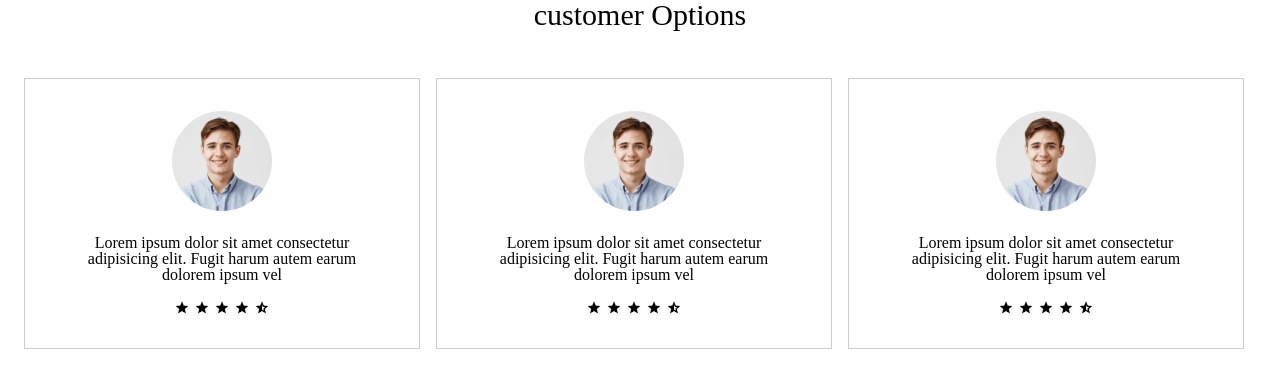
Repository: dinhhaidh/slider-3
Page: index.html
These files come from the project's save history. The page is drawn as it stood at one moment and after the next save; the edit follows.
The browser window is 1280 px wide. The pictures show the whole page.

Above is the page before, as saved 2024-03-22 20:40:03.

### index.html
<!DOCTYPE html>
<html lang="en">
<head>
    <meta charset="UTF-8">
    <meta name="viewport" content="width=device-width, initial-scale=1.0">
    <title>Document</title>
    <link rel="stylesheet" href="https://cdnjs.cloudflare.com/ajax/libs/remixicon/4.2.0/remixicon.min.css">

    <link rel="stylesheet" href="./css/swiper-bundle.min.css">

    <link rel="stylesheet" href="./css/style.css">

</head>
<body>
    <div class="customer">
        <h3 class="customer__title">customer Options</h3>
        <div class="customer__container container">
            <div class="customer__swiper swiper">
                <div class="swiper-wrapper">
                    <article class="customer__article swiper-slide">
                        <img src="./img1.png" alt="image" class="customer__img">

                        <p>
                            Lorem ipsum dolor sit amet consectetur adipisicing elit. Fugit harum autem earum dolorem ipsum vel
                        </p>

                        <div class="customer__star">
                            <i class="ri-star-s-fill"></i>
                            <i class="ri-star-s-fill"></i>
                            <i class="ri-star-s-fill"></i>
                            <i class="ri-star-s-fill"></i>
                            <i class="ri-star-half-s-line"></i>
                        </div>
                    </article>
                    <article class="customer__article swiper-slide">
                        <img src="./img1.png" alt="image" class="customer__img">

                        <p>
                            Lorem ipsum dolor sit amet consectetur adipisicing elit. Fugit harum autem earum dolorem ipsum vel
                        </p>

                        <div class="customer__star">
                            <i class="ri-star-s-fill"></i>
                            <i class="ri-star-s-fill"></i>
                            <i class="ri-star-s-fill"></i>
                            <i class="ri-star-s-fill"></i>
                            <i class="ri-star-half-s-line"></i>
                        </div>
                    </article>
                    <article class="customer__article swiper-slide">
                        <img src="./img1.png" alt="image" class="customer__img">

                        <p>
                            Lorem ipsum dolor sit amet consectetur adipisicing elit. Fugit harum autem earum dolorem ipsum vel
                        </p>

                        <div class="customer__star">
                            <i class="ri-star-s-fill"></i>
                            <i class="ri-star-s-fill"></i>
                            <i class="ri-star-s-fill"></i>
                            <i class="ri-star-s-fill"></i>
                            <i class="ri-star-half-s-line"></i>
                        </div>
                    </article>
                </div>
            </div>
        </div>
    </div>


    <script src="./js/swiper-bundle.min.js"></script>

    <script src="./js/app.js"></script>
</body>
</html>

### css/style.css
*,
*:before,
*:after {
  box-sizing: border-box;
}
* {
  margin: 0;
  padding: 0;
  font: inherit;
}
img,
picture,
svg,
video {
  display: block;
  max-width: 100%;
}
input,
select,
textarea {
  background-color: transparent;
  outline: none;
}
button {
  cursor: pointer;
  background-color: transparent;
  outline: none;
  border: 0;
}
body {
  min-height: 100vh;
  font-weight: 400;
  font-size: 16px;
  line-height: 1;
}


.container{
    max-width: 1220px;
    Margin-inline: 1.5rem;
}


.customer__title{
    text-align: center;
    margin-bottom: 3rem;
    font-size: 30px;
}

.customer__article{
    display:flex;
    align-items: center;
    justify-content: center;
    flex-direction: column;
    padding: 2rem 3rem 2rem;
    background-color: #fff;
    border: 1px solid #ccc;
}
.customer__img{
    width: 100px;
    border-radius: 50%;
    margin: 0 auto 1.5rem;
}
.customer__article p {
    margin-bottom: 1rem;
    text-align: center;
}
.customer__star{

}
.ri-star-s-fill{

}
.ri-star-half-s-line{

}

### js/app.js
let swiperCustomer = new Swiper('.customer__swiper', {
    loop: true,
    spaceBetween: 16,
    slidesPerView: 'auto',
    centeredSlides: 'auto',

    breakpoints: {
        1150: {
            slidesPerView: 3,
            centeredSlides: false,
        },
    }
});

Loaded but not shown: css/swiper-bundle.min.css (library); js/swiper-bundle.min.js (library)

After the next save:
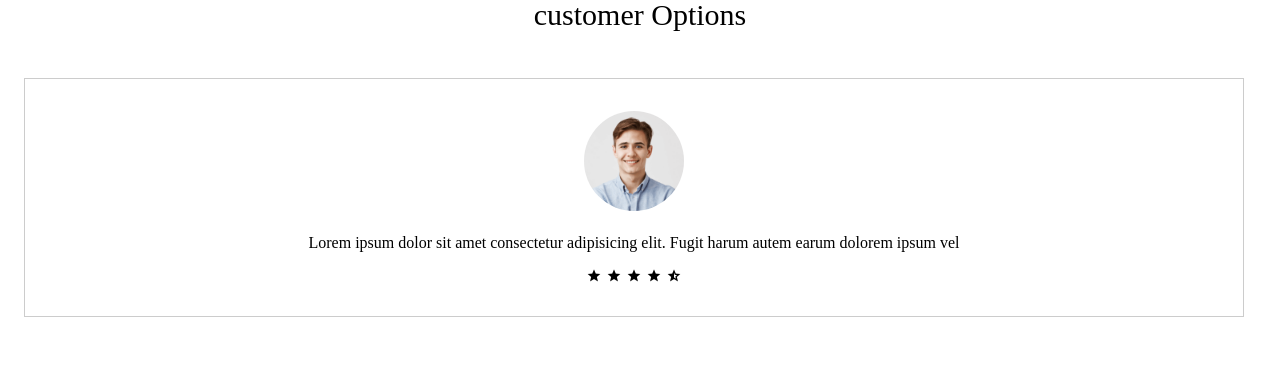
Saved 92 s later.
--- a/js/app.js
+++ b/js/app.js
@@ -4,10 +4,10 @@
     slidesPerView: 'auto',
     centeredSlides: 'auto',
 
-    breakpoints: {
-        1150: {
-            slidesPerView: 3,
-            centeredSlides: false,
-        },
-    }
+    // breakpoints: {
+    //     1150: {
+    //         slidesPerView: 3,
+    //         centeredSlides: false,
+    //     },
+    // }
 });

After the save that followed:
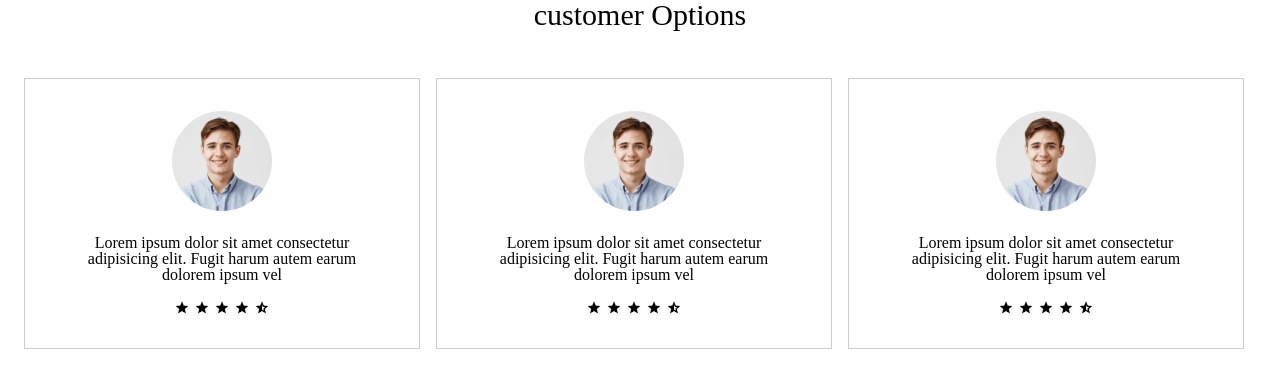
Saved 13 s later.
--- a/js/app.js
+++ b/js/app.js
@@ -4,10 +4,10 @@
     slidesPerView: 'auto',
     centeredSlides: 'auto',
 
-    // breakpoints: {
-    //     1150: {
-    //         slidesPerView: 3,
-    //         centeredSlides: false,
-    //     },
-    // }
+    breakpoints: {
+        1150: {
+            slidesPerView: 3,
+            centeredSlides: false,
+        },
+    }
 });
